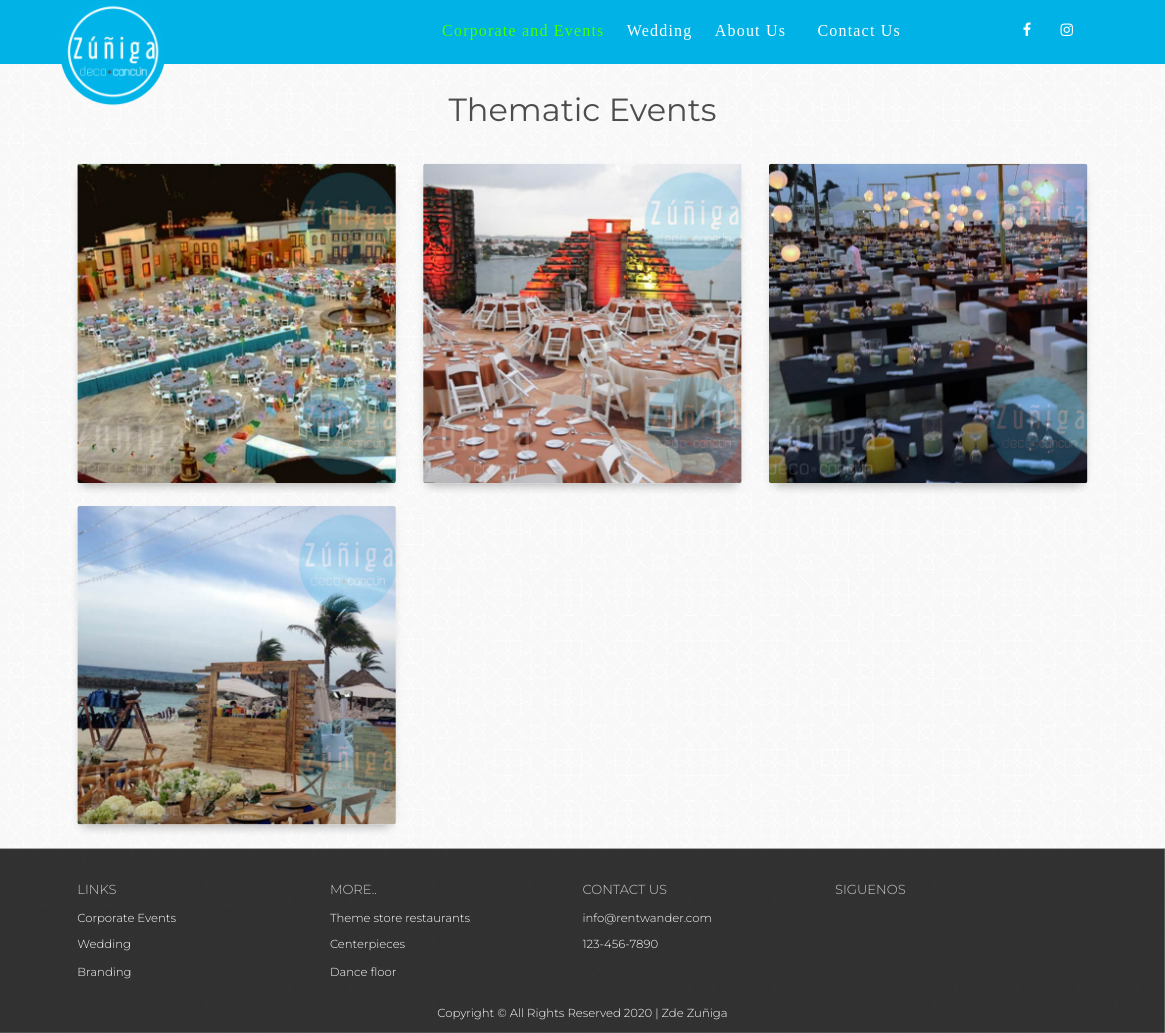
Repository: decocancun/web
Page: http://localhost/thematic-events.php
An editor plug-in stored every save of this project. The page is shown before and after the next save, followed by the edit.
The browser window is 1280 px wide. The pictures show the whole page, at 91% of full size.
Some icons come from a web library that is not loaded, so they are not drawn. Backgrounds fixed to the window are drawn as part of the page. Some web fonts or font styles are not loaded; a fallback is used. The page is run by PHP 8.4 with error messages shown; the project is at /var/www/html/. Style sheets and scripts are compiled from the project's sources, by tool versions that may differ from the author's.

Above is the page before, as saved 2019-12-28 08:44:02.

### thematic-events.php
<?php
    $page = "thematic-events";
    include_once 'header.php';
?>

        <div class="container">
            <div class="thematic-events d-flex justify-content-center">
                <h3>Thematic Events</h3>
            </div>
            <div  class="container_galeria">
                <div class="galeria_imagen">
                    <a href="mexican.php">
                        <img src="images/thematic-events/mexican.jpg">
                        <div class="overlay-galery">
                            <span>Mexican</span>
                        </div>
                    </a>
                </div>
                <div class="galeria_imagen">
                    <a href="maya.php">
                        <img src="images/thematic-events/maya.jpg">
                        <div class="overlay-galery">
                            <span>Maya</span>
                        </div>
                    </a>
                </div>
                <div class="galeria_imagen">
                    <a href="caribean.php">
                        <img src="images/thematic-events/caribean.jpg">
                        <div class="overlay-galery">
                            <span>Caribean</span>
                        </div>
                    </a>
                </div>
                <div class="galeria_imagen">
                    <a href="more-thematic.php">
                        <img src="images/thematic-events/more_events.jpg">
                        <div class="overlay-galery">
                            <span>More Thematic</span>
                        </div>
                    </a>
                </div>
            </div>
        </div>

<?php include_once 'footer.php';?>

### scss/app.scss
@import 'variables';
@import 'mixins';
@import 'about';
body{
	background: url(../images/fondo.png) no-repeat center center fixed;
	-webkit-background-size: cover;
	-moz-background-size: cover;
	-o-background-size: cover;
  background-size: cover;


}
h1{
    font-size: 2.5rem!important;
    font-weight: 500!important;
}

h3{
  font-size: 1.5rem!important;
  font-weight: 400!important;
  @include tablet(){
    font-size: 3rem!important;
    font-weight: 400!important;
  }
  @include desktop(){
    font-size: 2.2rem!important;
    font-weight: 400!important;
  }
}
.active{
  color:rgb(72, 255, 0);
}
/*=============================================
  Menu navbar
=============================================*/
.fixed-top {
    position: fixed;
    top: 0;
    right: 0;
    left: 0;
    z-index: 1030;
    background: $colorPrincipal;
}
  .site-navbar .site-navigation .site-menu > li > a:hover {
    color: $colorBlanco !important;
}

.site-navbar .site-navigation .site-menu > li > a {
    color: $colorBlanco !important;
    font-family: "LibelSuit"!important;
    letter-spacing: 1.3px!important;
    font-weight: 200!important;
    font-size: 1.1rem!important;
    font-style: normal;
}
.site-navbar .site-navigation .site-menu .has-children .dropdown > li > a:hover{
    background-color: $colorPrincipal!important;
    color: $colorBlanco!important;
}

.dropdown{
  @include tablet(){
    display: none;
  }
}
.site-navbar .site-navigation .site-menu .has-children > a::before {
  @include tablet(){
    display: none;
  }
}
.site-navbar .site-navigation .site-menu .has-children > a {
  padding-right: 20px;
  @include tablet(){
    padding-right: 0px!important;
  }

}
//media query menu muy pequeña tipografias y tamaños letras
@media (max-width:767px){
    .site-mobile-menu .site-nav-wrap > li > a{
        font-family: "LibelSuit"!important;
        letter-spacing: 0.8px!important;
        font-size: 1.2rem!important;
        color: #212529cc!important;
    }
    .site-mobile-menu .site-nav-wrap a{
        font-family: "LibelSuit"!important;
        letter-spacing: 0.5px!important;
        font-size: 1rem!important;
        color: #212529cc!important;
    }
}

@media (max-width:1024px) and (min-width:992px){
  .hero_title{
    display: none;
  }
}
.hero_title{
    @include tablet(){
        display: none;
    }
    text-align: center;
    margin-top: 70px;
    h1{
        @include telefono(){
            font-size: 2rem!important;
        }
        @include tablet(){
            font-size: 2rem!important;

        }

        padding-top: 30px;
        font-size: 1.5rem!important;
    }
    h2{
        @include tablet(){
          font-size: 1.5rem;
          line-height: 2rem!important;

        }
        font-size: 1.2rem;
        text-align: justify;
        font-weight: normal;
        line-height: 1.5rem!important;
        margin-bottom: 25px;
        font-family: 'Montserrat', sans-serif;
        font-weight: 300;
        padding: 5px;
    }
}


/*=============================================
  menu galeria hover de secction
=============================================*/
.galeria{
  display: none;
  @include tablet(){
    margin-top: 65px;
    display: block;
  }

}
.site-section{
  display: none;
  @include tablet(){
    display: block;
  }
}
.contenedor-images{
    display: flex;
    width: 100%;
    margin: 0;
    justify-content: space-around;
    flex-wrap: wrap;
    border-radius: 3px;
  }
  .contenedor-images .imagen{
    flex: 0 0 calc(25%);
    position: relative;
    height: 277px;
    margin-bottom: 0;
    /*box-shadow: 0px 0px 3px 0px rgba(0,0,0,.75);*/
  }
  .imagen img{
    width: 100%;
    height:100%;
    object-fit: cover;
  }
  .overlay{
    position: absolute;
    bottom: 100%;
    left: 0;
    right: 0;
    width: 100%;
    height: 0%;
    transition: .5s ease;
    overflow: hidden;
    @include tablet{
      background: rgba($colorNegro, 0.5);
     /*background: $colorNegro;*/

    }
  }
  .overlay span{
    color: $colorBlanco;
    font-size: 20px;
    position: absolute;
    top: 50%;
    left: 50%;
    text-align: center;
    transform: translate(-50%, -50%);
    font-family: 'Montserrat', sans-serif;
    font-weight: 600;
  }
  .imagen .overlay{
    @include tablet(){
      height: 100%;
      top:0;
      bottom:0;
    }
    @include desktop(){
      height: 0%;
      top:0;
      bottom:0;
    }
  }
  .imagen:hover .overlay{
   /* height: 100%;
    cursor: pointer;*/
    top:0;
    bottom:0;
    height: 100%;
    cursor: pointer;
  }


/*=============================================
 secction contenido principal
=============================================*/
.title_events{
    font-size: 20px;
    text-align: justify;
    font-weight: normal;
    line-height: 1.5em;
    margin-bottom: 25px;
    font-family: 'Montserrat', sans-serif;
    font-weight: 300;
    padding: 5px;
  }
  .btn.btn-black{
    color: $colorBlanco;
    background-color: $colorPrincipal !important;
    font-family: 'Raleway', sans-serif !important;
    font-size: 18px;
    margin-top: 15px;
  }
  .btn.btn-black:hover{
    color: $colorBlanco;

  }


/*=============================================
  secction de fondo desing
=============================================*/
.fondo{
    background: url(../images/fondo-events.jpg) no-repeat center center fixed;
    -webkit-background-size: cover;
    -moz-background-size: cover;
    -o-background-size: cover;
    background-size: cover;
}
.service{
  font-family: 'Montserrat', sans-serif;
}


/*=============================================
  secction de thematic events
=============================================*/
.thematic-events{
  margin-top: 105px;
  margin-bottom: 20px;

  @include tablet(){
    margin-top: 100px;
    margin-bottom: 20px;
  }
  @include desktop(){
    margin-bottom: 30px;
  }

}
.container_galeria{
  display: flex;
  flex-wrap: wrap;
  justify-content: space-between;
  @include tablet(){
    margin-bottom: 55px;
  }
  @include desktop(){
    margin-bottom: 0px;
  }
}
.galeria_imagen{
  flex: 0 0 calc(100% - 0.2rem);
  margin-bottom: 1.6rem!important;
  .overlay-galery{
    width: 100%;
    height: 100%;
  }

  @include telefono(){
    flex: 0 0 calc(49% - 0.5rem);
  }

  @include desktop(){
    flex: 0 0 calc(33% - 1rem);
    .overlay-galery{
      width: 100%;
      height: 0%;
    }
  }

}
.galeria_imagen img{
  width: 100%;
  height: 100%;
  cursor: pointer;
}
.galeria_imagen{
  position: relative;
  margin-bottom: 0;
}
.galeria_imagen img{
  width: 100%;
  height:100%;
  object-fit: cover;
  box-shadow: 0 5px 15px -8px rgba(0,0,0,.24), 0 8px 10px -5px rgba(0,0,0,.2);
  border-radius: 3px;
}
.overlay-galery{
  position: absolute;
  bottom: 0;
  left: 0;
  /*background: rgba(0,118,192,0.781);*/
  background: rgba(18, 19, 19, 0.53);
  width: 100%;
  height: 0%;
  transition: .5s ease;
  overflow: hidden;
}
.overlay-galery span{
  color: $colorBlanco;
  font-size: 25px;
  position: absolute;
  top: 50%;
  left: 50%;
  text-align: center;
  transform: translate(-50%, -50%);
  font-family: 'Raleway', sans-serif!important;
  font-weight: 600;

}
.galeria_imagen:hover .overlay-galery{
  height: 100%;
  cursor: pointer;
}

/*=============================================
  galeria de imagen modal
=============================================*/
.container_modal{
  display: flex;
  justify-content: center;
  align-items: center;
  flex-wrap: wrap;
}
.modal_img{
  width: 300px!important;
  height: 250px!important;
  @include tablet(){
    width: 600px!important;
    height: 453px!important;
  }
  @include desktop(){
    width: 630px!important;
    height: 453px!important;
  }

}
.modal{
  position: fixed;
  width: 100%;
  height: 100vh;
  background: rgba($colorNegro, 0.83);
  top: 0;
  left: 0;
  display: flex;
  justify-content: center;
  align-items: center;

}
.imagen_modal{
  box-shadow: 0px 0px 0px 10px $colorBlanco;

}
.container_modal{
  display: flex;
  align-items: center;
  -webkit-box-shadow: 3px 3px 5px 0px rgb(12, 34, 60);
  -moz-box-shadow: 3px 3px 5px 0px rgb(12, 34, 60);
  box-shadow:3px 3px 3px 0px rgb(12, 34, 60);
}
.modal_botton{
  width: 50px;
  height: 50px;
  color: $colorBlanco;
  font-weight: 500;
  font-size: 40px;
  font-family: monospace;
  line-height: 50px;
  text-align: center;
  position: absolute;
  right: 10px;
  top: 10px;
  cursor: pointer;
}


/*=============================================
  secction weding banners
=============================================*/
.hero{
  min-height: 24rem;
  background-size: cover;
  color: $colorBlanco;
  display: flex;
  align-items: center;
  @include background-imagen('../images/fondo-events.jpg');
  margin-top: 68px;
  @include desktop(){
    margin-top: 69px;
  }
  .contenido-hero{
    flex: 1;

      h2{
        text-align:  center;
        font-weight: 600;
        font-size: 2.5rem;
        @include tablet(){
          font-size: 2.6rem;
        }
      }
      p{
        font-size: 1rem;
        text-align: center;
        font-weight: normal;
        line-height: 1.8rem;
        font-family: 'Montserrat', sans-serif;
        font-weight: 300;
        margin-top: 10px;
        @include tablet(){
          font-size: 1.5rem;
        }
      }

  }

}

.wedding{
  display: flex;
  justify-content: center;
  align-items: center;
  margin-top: 50px;
  margin-bottom: 50px;
  @include desktop(){
    margin-bottom: 100px;
  }
}
.wedding .cont-wedding{
  flex: 0 0 calc(100%);
  text-align: center;
  @include tablet(){
    flex: 0 0 calc(70%);
  }
  @include desktop(){
    flex: 0 0 calc(50%);
  }
  h1{
    font-size: 2rem!important;
    @include desktop(){
      font-size: 2.4rem!important;
    }
  }
  p{
    font-size: 1rem;
    text-align: center;
    line-height: 1.5em;
    font-family: 'Montserrat', sans-serif;
    font-weight: 300;
    margin-top: 15px;
    @include tablet(){
      font-size: 1.3rem;
    }
  }
}
/*=============================================
  secction galery
=============================================*/
.grid {
	overflow: hidden;
	margin: 0;
	padding: 0 0 0 0;
	width: 100%;
	list-style: none;
  text-align: center;
  display: flex;
  flex-wrap: wrap;
  justify-content: space-between;
}
.grid figure {
	position: relative;
	z-index: 1;
	overflow: hidden;
  margin: 0;
  padding: 0;
	height: 350px;
	background: $colorNegro;
	text-align: center;
  cursor: pointer;
  flex: 0 0 calc(100%);
  @include telefono(){
    flex: 0 0 calc(50%);
    height: 300px;
  }
  @include tablet(){
    height: 320px;
  }
  @include desktop(){
    flex: 0 0 calc(33.333%);
    height: 400px;
  }

}

.grid figure img {
	position: relative;
	min-height: 100%;
	opacity: 0.9;
}

.grid figure figcaption {
	color: $colorBlanco;
	font-size: 1.25em;
	-webkit-backface-visibility: hidden;
	backface-visibility: hidden;
}

.grid figure figcaption::before,
.grid figure figcaption::after {
	pointer-events: none;
}

.grid figure figcaption,
.grid figure a {
	position: absolute;
	top: 0;
	left: 0;
	width: 100%;
	height: 100%;
}


/***** efectos de galery *****/
figure.effect-oscar {
	background: $colorNegro;
}

figure.effect-oscar img {
	opacity: 0.9;
	-webkit-transition: opacity 0.35s;
	transition: opacity 0.35s;
}

figure.effect-oscar figcaption {
	padding: 3em;
	background-color: rgba(34, 34, 33, 0.2);
	-webkit-transition: background-color 0.35s;
	transition: background-color 0.35s;
}

/*modificacion realizada de texto*/
figure.effect-oscar figcaption h3{
  margin: 45% 0 10px 0;
  @include telefono(){
    margin: 20% 0 10px 0;
  }
}
figure.effect-oscar figcaption{
  span{
    color: $colorBlanco;
    font-weight: 600;
    font-size: 1.5rem;
    font-family: 'Montserrat', sans-serif !important;
  }
}


figure.effect-oscar figcaption::before {
	position: absolute;
	top: 30px;
	right: 30px;
	bottom: 30px;
	left: 30px;
	border: 1px solid $colorBlanco;
	content: '';
}

figure.effect-oscar figcaption::before{
	opacity: 1;
  @include desktop(){

    opacity: 0;
    -webkit-transition: opacity 0.35s, -webkit-transform 0.35s;
    transition: opacity 0.35s, transform 0.35s;
    -webkit-transform: scale(0);
    transform: scale(0);

  }

}

figure.effect-oscar:hover figcaption::before{
	opacity: 1;
	-webkit-transform: scale(1);
	transform: scale(1);
	-moz-transform: scale(1);
	-ms-transform: scale(1);
	-o-transform: scale(1);
}

figure.effect-oscar:hover figcaption {
  background: rgba($colorNegro, 0.5);

}
figure.effect-oscar:hover img {
	background: rgba($colorNegro, 0.5);
}



.cursos{
  display: flex;
  flex-wrap: wrap;
  justify-content: space-between;

  .curso{
      .imagen-curso{
          width: 100%;
      }
      flex: 0 1 calc(100% - 0rem);
      border: 1px solid darken($colorGris, 10);
      margin-bottom: 1rem;
      @include telefono(){
        flex: 0 1 calc(50% - 1rem);
      }
      @include tablet{
          flex: 0 1 calc(33% - 1rem);
      }
      @include desktop{
          flex: 0 1 calc(33% - 1rem);
      }
  }

}

.info-curso{
  padding: 1rem;

  h4{
      margin: 0;
      font-size: 1.2rem;
      font-family: 'Montserrat', sans-serif;
      font-weight: 500;
  }
  p{
    margin-top: 8px;
    font-family: 'Montserrat', sans-serif;
    font-size: 1rem;
  }
  /*.precio{
      display: flex;
      justify-content: space-between;
      .regular{
          text-decoration: line-through;
          color: red;
      }
      .oferta{
          font-size: 1.6rem;
          font-weight: 700;
          color: green;
      }
  }*/

  .boton{
      @include boton($colorPrincipal);
  }
}






/*=============================================
  secction footer
=============================================*/

.footer{
  background: rgba($colorNegro, 0.8);
  border-top: 1px solid darken($colorGris, 10);
  padding-top: 2rem;

  .contenedor-footer{
      display: flex;
      flex-direction: column;
      @include telefono{
          flex-direction: row;
      }
  }

}
.copy{
  text-align: center;
  color: $colorBlanco;
  font-family: 'Montserrat', sans-serif;
  font-size: 0.8rem;
  padding-bottom: 10px;

}
.menu{
  @include menus();
}

### scss/_variables.scss
$colorPrincipal:#00b2e5;
$colorBlanco:#fff;
$colorNegro:#000;
$colorGris:#ccc;

//variables para los tamaños de media query
$telefono:480px;
$tablet:768px;
$desktop:1024px;

### scss/_mixins.scss
@font-face{
    font-family: "LibelSuit";
    src: url("../fonts/libel-suit-rg-webfont.eot");
    src: url("../fonts/libel-suit-rg-webfont.eot?#amoLibelSuit") format("embedded-opentype"),
    url("../fonts/libel-suit-rg-webfont.woff") format("woff"),
    url("../fonts/libel-suit-rg-webfont.ttf") format("truetype"),
    url("../fonts/libel-suit-rg-webfont.svg#libel_suitregular") format("svg");
}

@mixin background-imagen($imagen) {
    background-image: url($imagen);
    background-repeat: no-repeat;
    background-position: center center;
}
@mixin boton($color){
    background-color:$color;
    padding: .8rem 1rem;
    display: block;
    text-align: center;
    color:$colorBlanco;
    text-decoration: none;
}
/*Media Queries*/
@mixin telefono{
    @media only screen  and (min-width:#{$telefono}){
        @content;
    }
}

@mixin tablet{
    @media only screen  and (min-width:#{$tablet}){
        @content;
    }
}

@mixin desktop{
    @media only screen  and (min-width:#{$desktop}){
        @content;
    }
}
/*menus de navegacion de footer*/
@mixin menus {
    display: flex;
    flex-direction: column;
    margin-bottom: 1rem;
    flex: 1;
    @include desktop(){
        flex: 0 1 calc(30% - 1rem);
    }
    a{
        font-family: 'Montserrat', sans-serif;
        font-size: 0.8rem;
        color: $colorBlanco;
        text-decoration: none;
        margin-bottom: .5rem;
    }
    span{
        color: $colorGris;
        font-size: 0.9rem;
        margin-bottom: .5rem;
        font-family: 'Montserrat', sans-serif;
    }
    .fa-facebook-square{
        font-size: 1.2rem;
    }
    .fa-instagram{
        font-size: 1.3rem;
        margin-left: 15px;
    }
}

### scss/_about.scss
/*-----about us-------------------------------*/
.contenedor_about{
    width: 1050px;
    height: auto;
    box-shadow: 0 0 10px 2px #ddd !important;
    margin-top: 125px;
    margin-bottom:30px;
    background: #ffffff1c;

}
.container_we{
    widows: 100%;
    display: flex;
    flex-wrap: wrap;
    justify-content: space-between;
}

.about{
    width: 50%;
}
.caja_about{
    padding: 15px;
    margin-top: 10px;
}
.caja_about h2{
    font-size: 2.2rem;
    font-family: 'Montserrat', sans-serif;
    line-height: 1.5;
    font-weight: 500;
    color: #00b2e5;
}
.caja_about p{
    font-size: 20px;
    text-align: justify;
    font-weight: normal;
    line-height: 1.5em;
    margin-bottom: 25px;
    font-family: 'Montserrat', sans-serif;
    font-weight: 300;
    margin-left: 5px;

}
.img_about{
    height: 330px;
}
.img_about img{
    width: 100%;
    height: 100%;

}


.contenedor_mision{
    width: 80%;
}
.mision{
    padding: 15px;
}
.mision h3{
    font-size: 2.2rem;
    font-family: 'Montserrat', sans-serif;
    line-height: 1.5;
    color: #00b2e5;
}
.mision p{
    font-size: 20px;
    text-align: justify;
    font-weight: normal;
    line-height: 1.5em;
    margin-bottom: 25px;
    font-family: 'Montserrat', sans-serif;
    font-weight: 300;
    margin-left: 5px;
}

@media (max-width:767px){
    .about{
        width: 100%;
    }
    .contenedor_mision{
        width: 100%;
    }
}

### css/myStyle.css

/*=============================================
logo
=============================================*/
.logo_img img{
  width: 100%;
  height: 100%;
}
.log{
  width: 65px;
}
.log img{
  width: 58px;
  position: absolute;
  top: -27px;
}
@media (min-width:1200px){
  .circulo {
    width: 116px;
    height: 116px;
    -moz-border-radius: 50%;
    -webkit-border-radius: 50%;
    border-radius: 50%;
    margin-top: -35PX;
    background: #00B4E8;
    position: absolute;
    z-index: 10;
    margin-left: -10%
  }
  .logo_img{
    max-width: 101px;
    position: absolute;
    z-index: 10;
    margin-left: -11px;
    margin-top: -28px;
  }
  .log{
    display: none;
  }
}

@media (max-width:1199px) and (min-width:992px){
  .circulo {
    width: 109px;
    height: 109px;
    -moz-border-radius: 50%;
    -webkit-border-radius: 50%;
    border-radius: 50%;
    margin-top: -35PX;
    background: #00B2E5;
    position: absolute;
    z-index: 10;
    margin-left: -5%;

  }
  .logo_img{
  max-width: 101px;
  position: absolute;
  z-index: 10;
  margin-left: -3px;
  margin-top: -31px;
  }
  .log{
    display: none;
  }

}

@media (max-width:991px) and (min-width:768px){

  .circulo {
    width: 109px;
    height: 109px;
    -moz-border-radius: 50%;
    -webkit-border-radius: 50%;
    border-radius: 50%;
    margin-top: -35PX;
    background: #00B2E5;
    position: absolute;
    z-index: 10;
    margin-left: -5%;

  }
  .logo_img{
  max-width: 101px;
  position: absolute;
  z-index: 10;
  margin-left: -1px;
  margin-top: -31px;
  }
  .log{
    display: none;
  }
}


@media (max-width:767px){
  .circulo,.logo_img,.dis_logo,.circulo{
    display: none;
  }

}

Loaded but not shown: fonts/icomoon/style.css (common file); css/bootstrap.min.css (library); js/jquery-3.3.1.min.js (library); js/bootstrap.min.js (library); js/aos.js (library); js/main.js (233 lines, source omitted); js/imgModal.js (8 lines, source omitted); css/style.css (1103 lines, source omitted); header.php (117 lines, source omitted); footer.php (44 lines, source omitted)

After the next save:
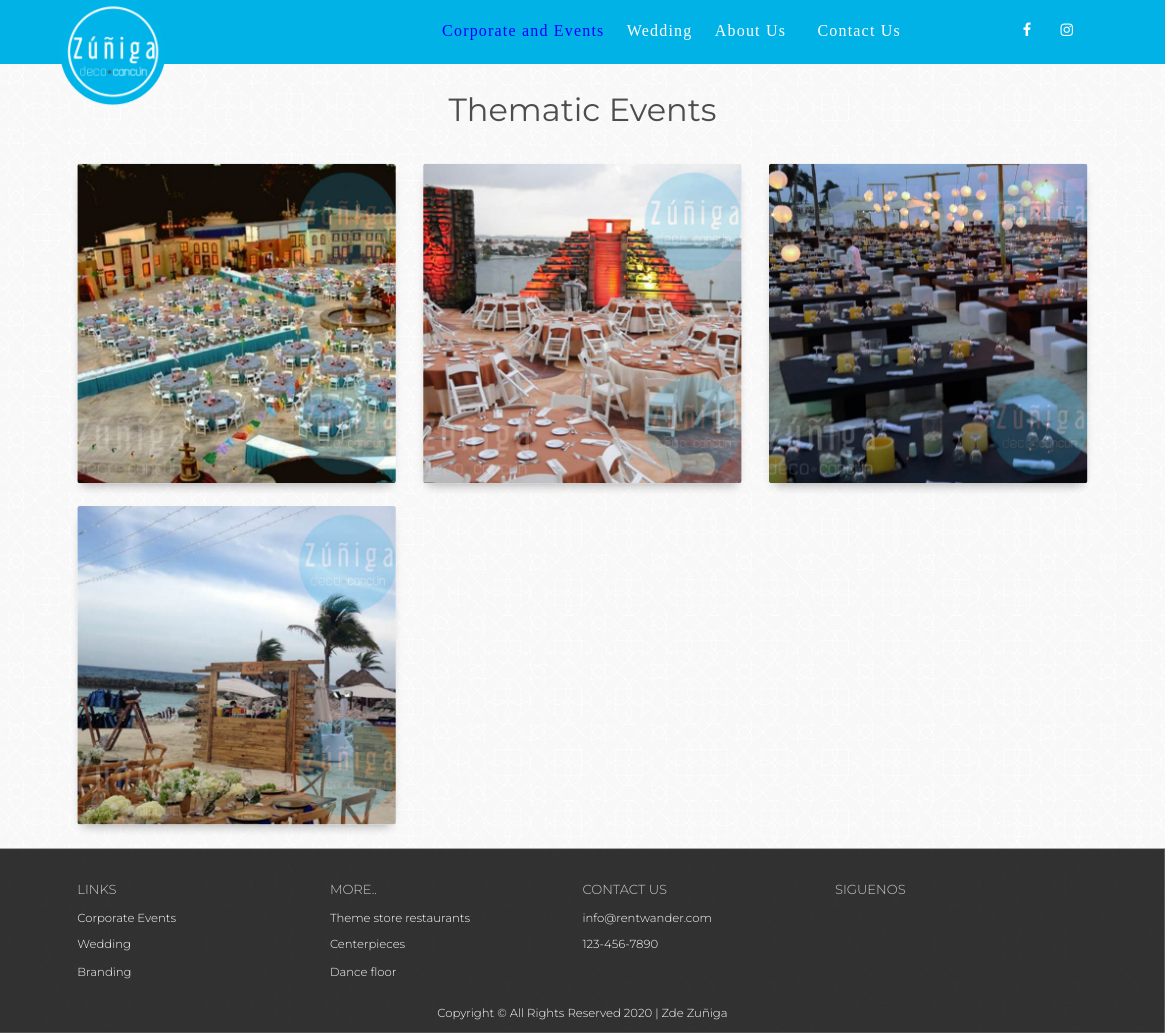
Saved 78 min 8 s later.
--- a/scss/app.scss
+++ b/scss/app.scss
@@ -28,7 +28,7 @@
   }
 }
 .active{
-  color:rgb(72, 255, 0);
+  color:blue;
 }
 /*=============================================
   Menu navbar
